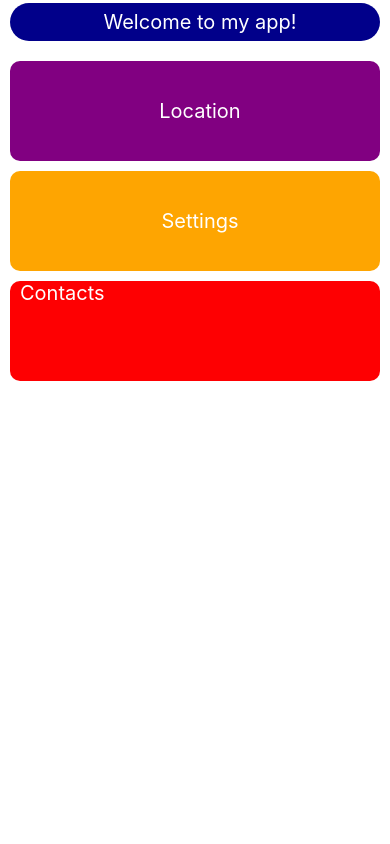
Repository: amirjavadikia/mobile-projectg
Screen: /
An editor plug-in stored every save of this project. The screen is shown before and after a run of saves, followed by the edit.
The app was drawn by React Native's web renderer in a window 390 px wide. The project was rebuilt for these pictures with package versions that can differ from the ones it lists, and the page was loaded fresh each time.

Above is the screen before, as saved 2024-04-24 20:57:47.

### App.tsx
import React from 'react';
import { View, Text, StyleSheet } from 'react-native';

const MainPage = () => {
  return (
    <View style={styles.container}>

      <View style={[styles.blueBackground]}>
        <Text style={styles.text}>Welcome to my app!</Text>
      </View>


      <View style={[styles.box, styles.purpleBackground]}>
        <Text style={styles.text}>Location</Text>
      </View>


      <View style={[styles.box, styles.yellowBackground]}>
        <Text style={styles.text}>Settings</Text>
      </View>


      <View style={[styles.box, styles.redBackground]}>
        <Text style={styles.text}>Contacts</Text>
      </View>

    </View>
  );
};

const styles = StyleSheet.create({
  container: {
    justifyContent: 'center',
    alignItems: 'center',
    margin: 10
  },
  box: {
    width: '100%',
    height: 100,
    borderRadius: 10,
    marginBottom: 10
  },
  blueBackground: {
    backgroundColor: '#01008A',
    borderRadius: 30,
    width: '100%',
    height: '10%',
    justifyContent: 'center',
    alignItems: 'center',
    marginBottom: 20
  },
  purpleBackground: {
    backgroundColor: '#810081',
    justifyContent: 'center',
    textAlign: 'center',
    alignItems: 'center',
  },
  yellowBackground: {
    backgroundColor: '#fea501',
    justifyContent: 'center',
    textAlign: 'center',
    alignItems: 'center',
  },
  redBackground: {
    backgroundColor: '#fe0002',
  },
  text: {
    color: 'white',
    fontSize: 20,
    marginLeft: 10,
  },
});

export default MainPage;

After the next 2 saves:
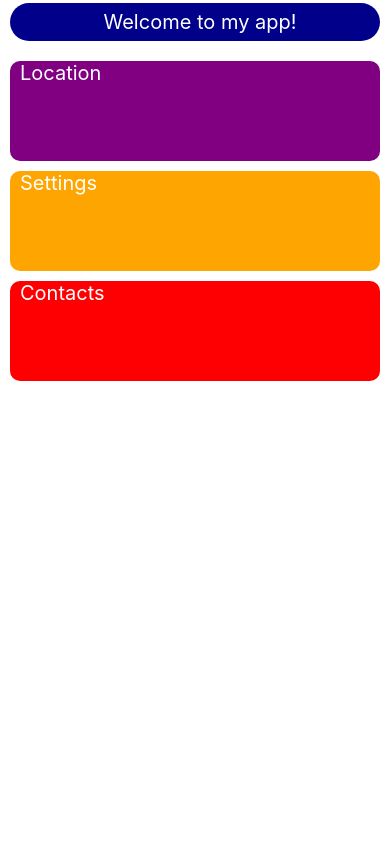
The 2 saves are shown as one change because they came seconds apart.
The last was saved 7 s later.
--- a/App.tsx
+++ b/App.tsx
@@ -51,15 +51,9 @@ const styles = StyleSheet.create({
   },
   purpleBackground: {
     backgroundColor: '#810081',
-    justifyContent: 'center',
-    textAlign: 'center',
-    alignItems: 'center',
   },
   yellowBackground: {
     backgroundColor: '#fea501',
-    justifyContent: 'center',
-    textAlign: 'center',
-    alignItems: 'center',
   },
   redBackground: {
     backgroundColor: '#fe0002',
